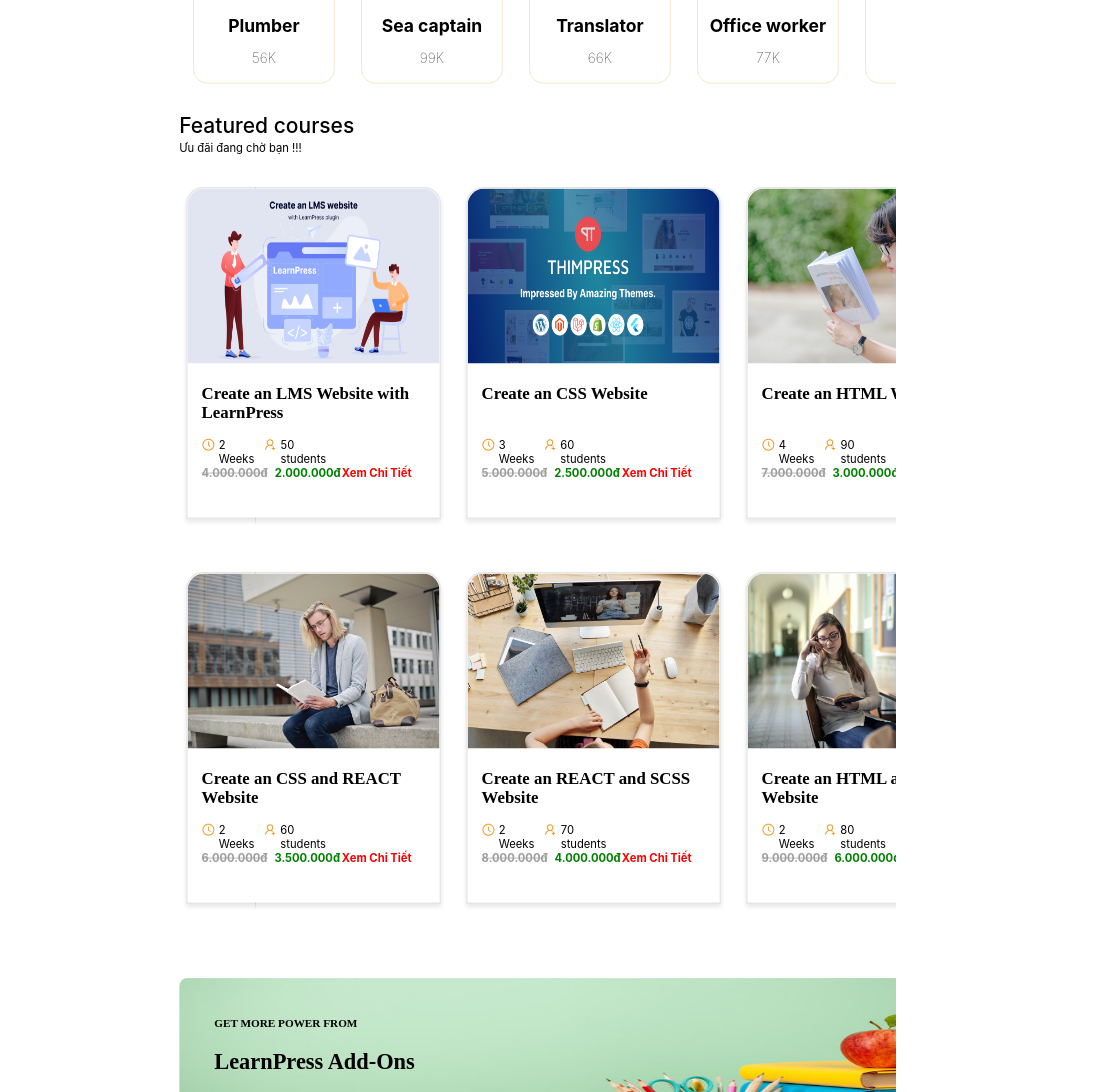
Repository: hieu1802/WebsiteEdupress
Page: / (app in my-app/Fontend/)
The author's editor kept a copy of each file at every save. The page is drawn from the files as they stood at one save, then again after the next save.
The browser window is 1280 px wide. The page is 1600 px wide, so the pictures cover 1600 px, including what lies to the right of the window. The pictures show the part of the page from y = 1186 to 2746 px (the page is 5843 px tall), at 70% of full size.
The page's requests for data from a server got no answer. The project was rebuilt for these pictures with package versions that can differ from the ones it lists, and the page was loaded fresh each time. No one was signed in, and anything a server would have sent is missing. Also part of the build but not shown: my-app/Fontend/src/App.css, my-app/Fontend/src/Components/Login/Login.css, my-app/Fontend/src/Components/Modal/Modal.css, my-app/Fontend/src/Components/Modal/Modal.jsx, my-app/Fontend/src/Components/Login/Login.jsx, my-app/Fontend/src/Components/Register/Register.css, my-app/Fontend/src/Components/Register/Register.jsx, my-app/Fontend/src/Components/AdminPage/AdminPage.css and 39 more.

Above is the page before, as saved 2024-10-21 10:20:01.

After the next save:
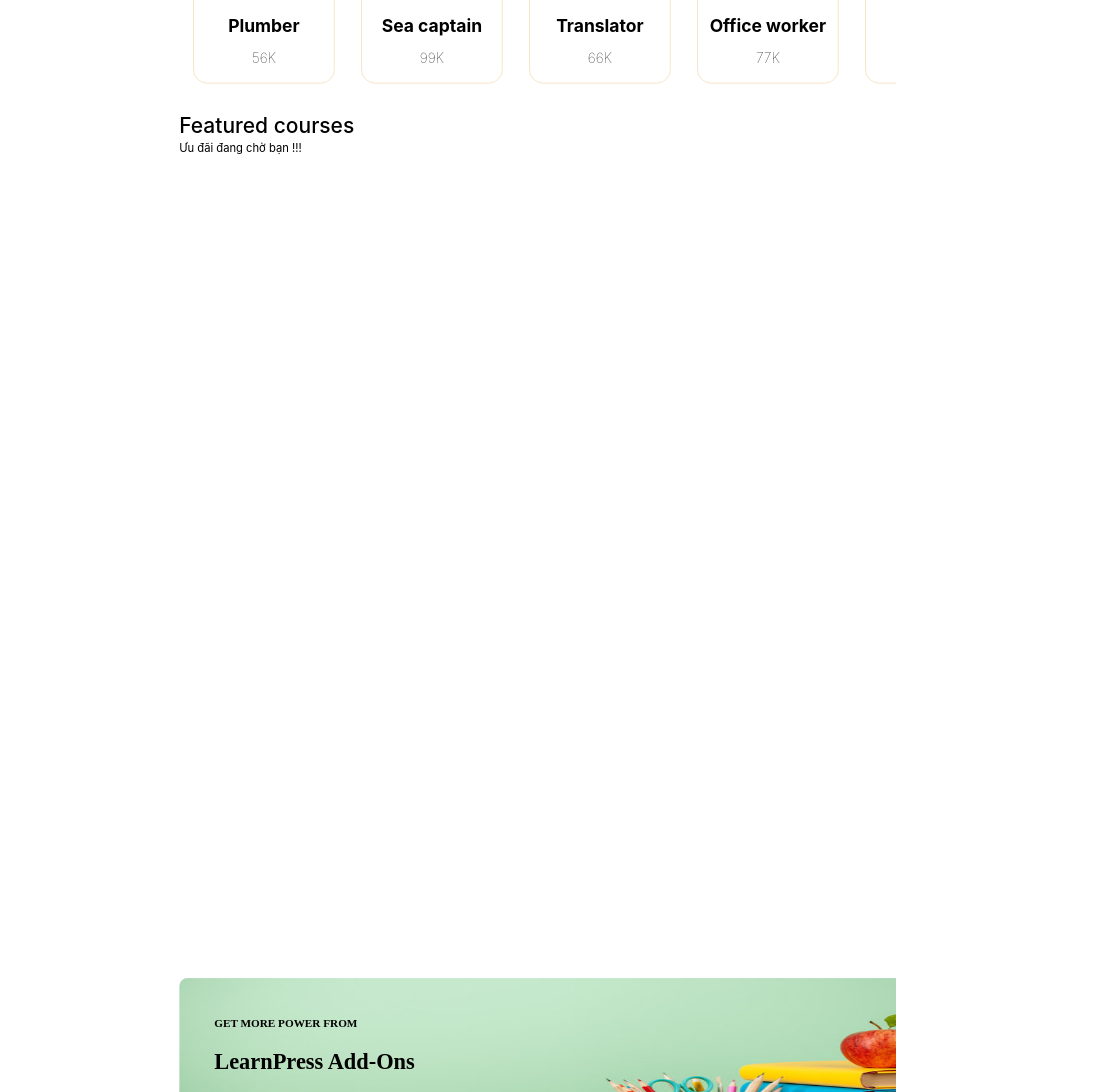
Saved 4 min 26 s later.
--- a/my-app/Fontend/src/Components/HomePage/ContainerPage.jsx
+++ b/my-app/Fontend/src/Components/HomePage/ContainerPage.jsx
@@ -85,10 +85,10 @@ export const ContainerPage = () => {
           </div>
         </div>
         <div className="boxCourses">
-          {topCourses.map((items) => (
+          {courses.map((items) => (
             <div className="boxFeaturedCourses" key={items.id}>
               <div className="boxFeaturedCoursesImg">
-                <img src={items.img} />
+                <img src={`http://localhost:8080/images/${items.img}`} />
               </div>
               <div className="boxFeaturedCoursesContent">
                 <div className="boxFeaturedCoursesContentText">
